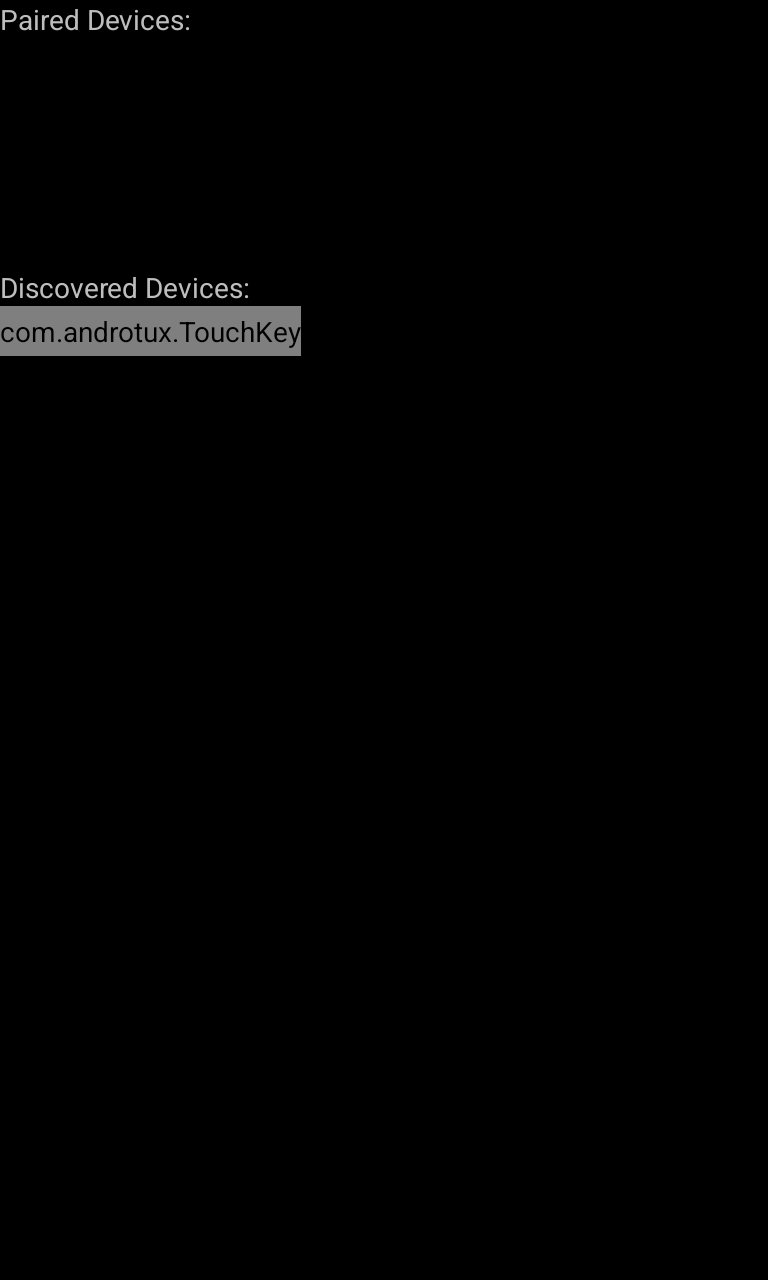
Repository: itayrom/androtux
Layout: app/AndroTux/res/layout/fragment_settings.xml
The author's editor kept a copy of each file at every save. The layout is drawn from the files as they stood at one save, then again after the next save.
Pictures or frames that could not be fetched are drawn as grey boxes. It is drawn on a 768 x 1280 px phone screen (xhdpi) without system bars, with theme android:Theme.NoTitleBar.Fullscreen; the app's code is not run. Lists and similar views that code fills are empty.

Above is the layout before, as saved 2014-09-03 11:26:27.

### app/AndroTux/res/layout/fragment_settings.xml
<LinearLayout xmlns:android="http://schemas.android.com/apk/res/android"
    android:layout_width="fill_parent"
    android:layout_height="fill_parent"
    android:orientation="vertical" >

    <TextView
        android:layout_width="fill_parent"
        android:layout_height="wrap_content"
        android:text="Paired Devices:"/>

    <ListView
        android:id="@+id/lvPaired"
        android:layout_width="match_parent"
        android:layout_height="100dp">
    </ListView>

    <TextView
        android:layout_width="fill_parent"
        android:layout_height="wrap_content"
        android:layout_marginTop="15dp"
        android:text="Discovered Devices:"/>

    <com.androtux.TouchKey
        android:id="@+id/touchKey1"
        android:layout_width="wrap_content"
        android:layout_height="25dp"
        android:text="Discover Devices" />

    <ListView
        android:id="@+id/lvDiscovered"
        android:layout_width="match_parent"
        android:layout_height="100dp">
    </ListView>

</LinearLayout>

After the next save:
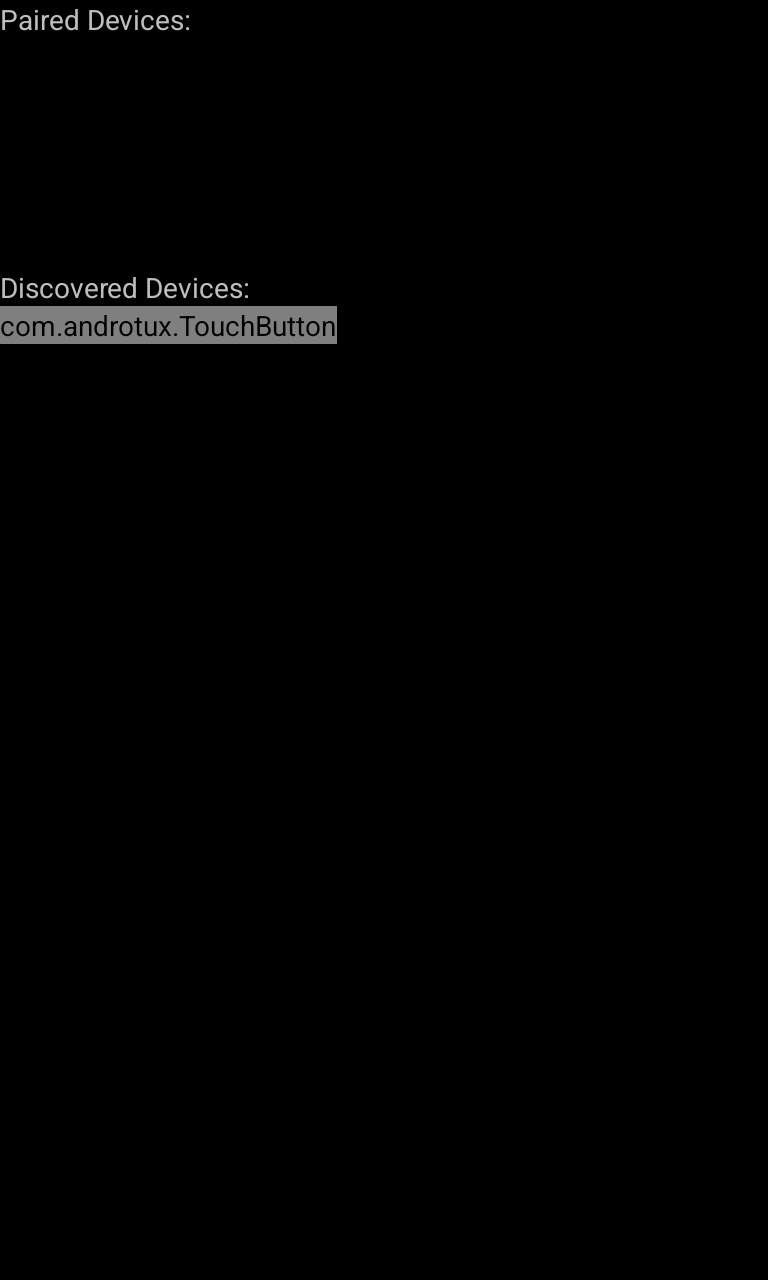
Saved 6 s later.
--- a/app/AndroTux/res/layout/fragment_settings.xml
+++ b/app/AndroTux/res/layout/fragment_settings.xml
@@ -20,11 +20,10 @@
         android:layout_marginTop="15dp"
         android:text="Discovered Devices:"/>
 
-    <com.androtux.TouchKey
-        android:id="@+id/touchKey1"
+    <com.androtux.TouchButton
+        android:id="@+id/touchButton1"
         android:layout_width="wrap_content"
-        android:layout_height="25dp"
-        android:text="Discover Devices" />
+        android:layout_height="wrap_content" />
 
     <ListView
         android:id="@+id/lvDiscovered"
